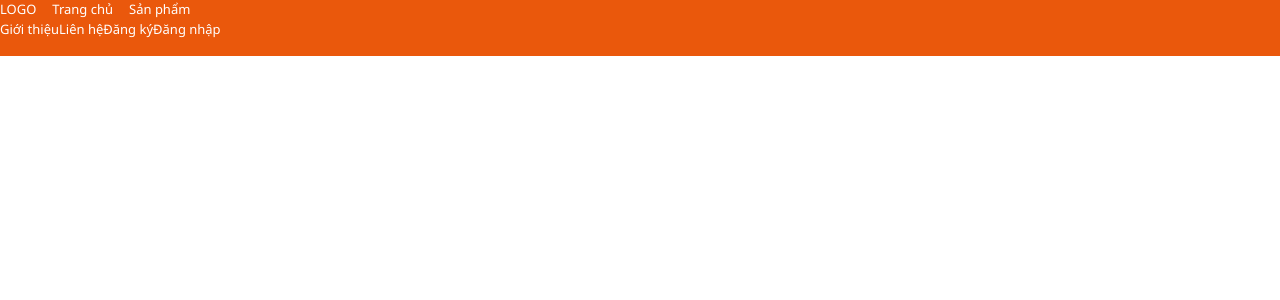
Repository: TinhTT336/MD02_Session15
Page: / (app in client/)
The author's editor kept a copy of each file at every save. The page is drawn from the files as they stood at one save, then again after the next save.
The browser window is 1280 px wide. The pictures show the whole page.
The project was rebuilt for these pictures with package versions that can differ from the ones it lists, and the page was loaded fresh each time. Also part of the build but not shown: client/vite.config.js.

Above is the page before, as saved 2023-09-15 09:14:27.

After the next save:
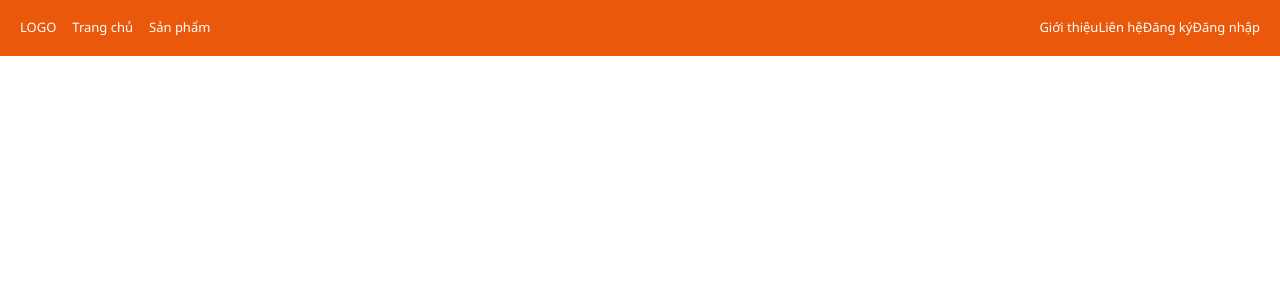
Saved 32 s later.
--- a/client/components/user/header/Header.jsx
+++ b/client/components/user/header/Header.jsx
@@ -4,7 +4,7 @@ import { NavLink } from "react-router-dom";
 export default function Header() {
     return (
         <>
-            <div className="w-full bg-orange-600 h-14 text-white">
+            <div className="w-full bg-orange-600 h-14 text-white flex items-center justify-between px-5">
                 <div className="flex gap-4">
                     <NavLink>LOGO</NavLink>
                     <NavLink>Trang chủ</NavLink>
